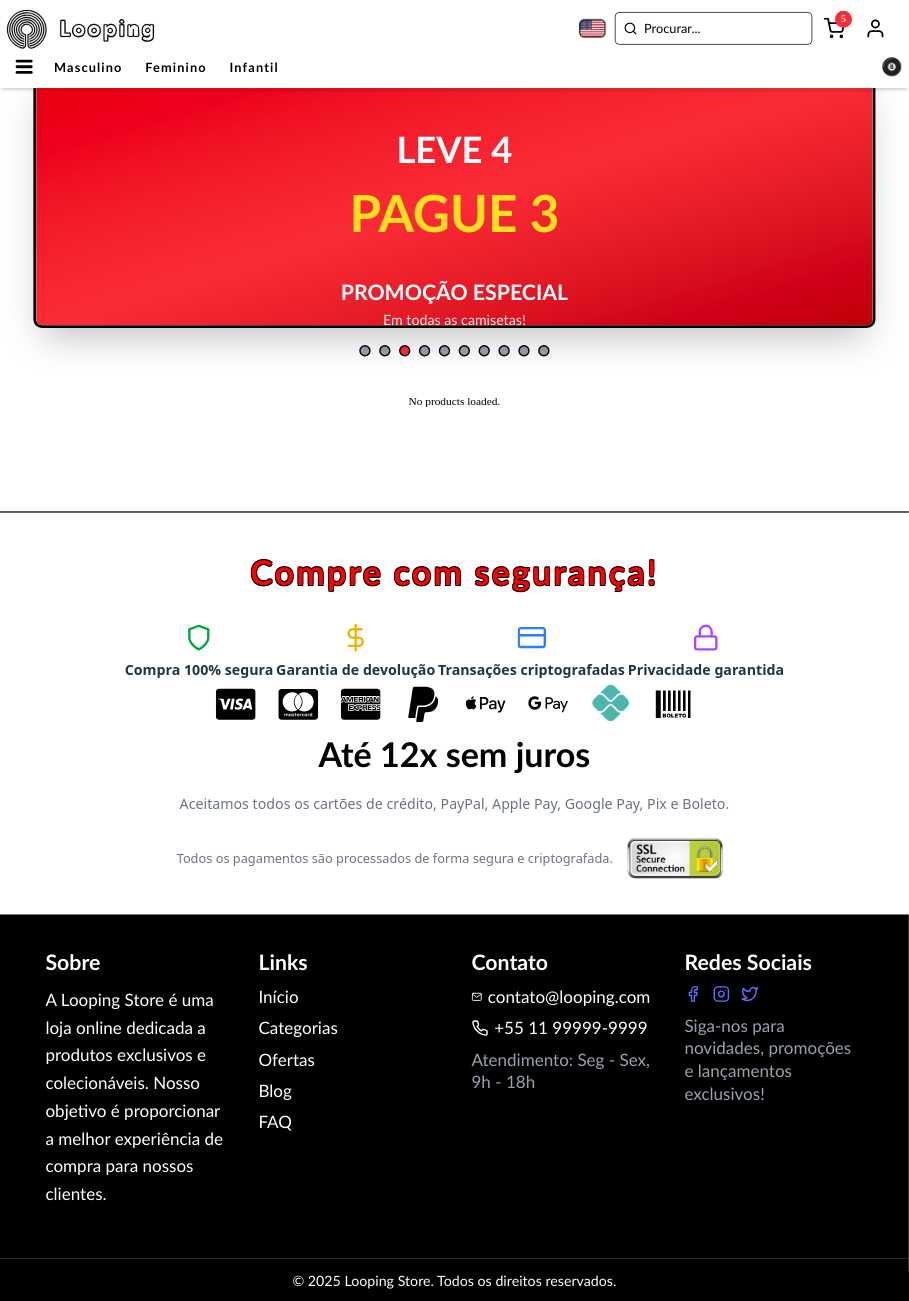
Repository: Kevin-Pro-Codes/looping-e-commerce
Page: / (app in looping-client/), after clicking the first element matching `div.justify-center > :nth-child(3)`
These files come from the project's save history. The page is drawn as it stood at one moment and after the next save; the edit follows.
The browser window is 1280 px wide. The pictures show the whole page, at 71% of full size.
The page's requests for data from a server got no answer. The project was rebuilt for these pictures with package versions that can differ from the ones it lists, and the page was loaded fresh each time. No one was signed in, and anything a server would have sent is missing. Also part of the build but not shown: looping-client/vite.config.js, looping-client/src/components/profile/SharedComponents.jsx, looping-client/src/components/profile/ProfileTab.jsx, looping-client/src/components/profile/AddressesTab.jsx, looping-client/src/components/profile/OrdersTab.jsx, looping-client/src/components/profile/WishlistTab.jsx, looping-client/src/components/profile/CartTab.jsx, looping-client/src/components/profile/CouponsTab.jsx and 22 more.

Above is the page before, as saved 2025-11-08 14:11:23.

After the next save:
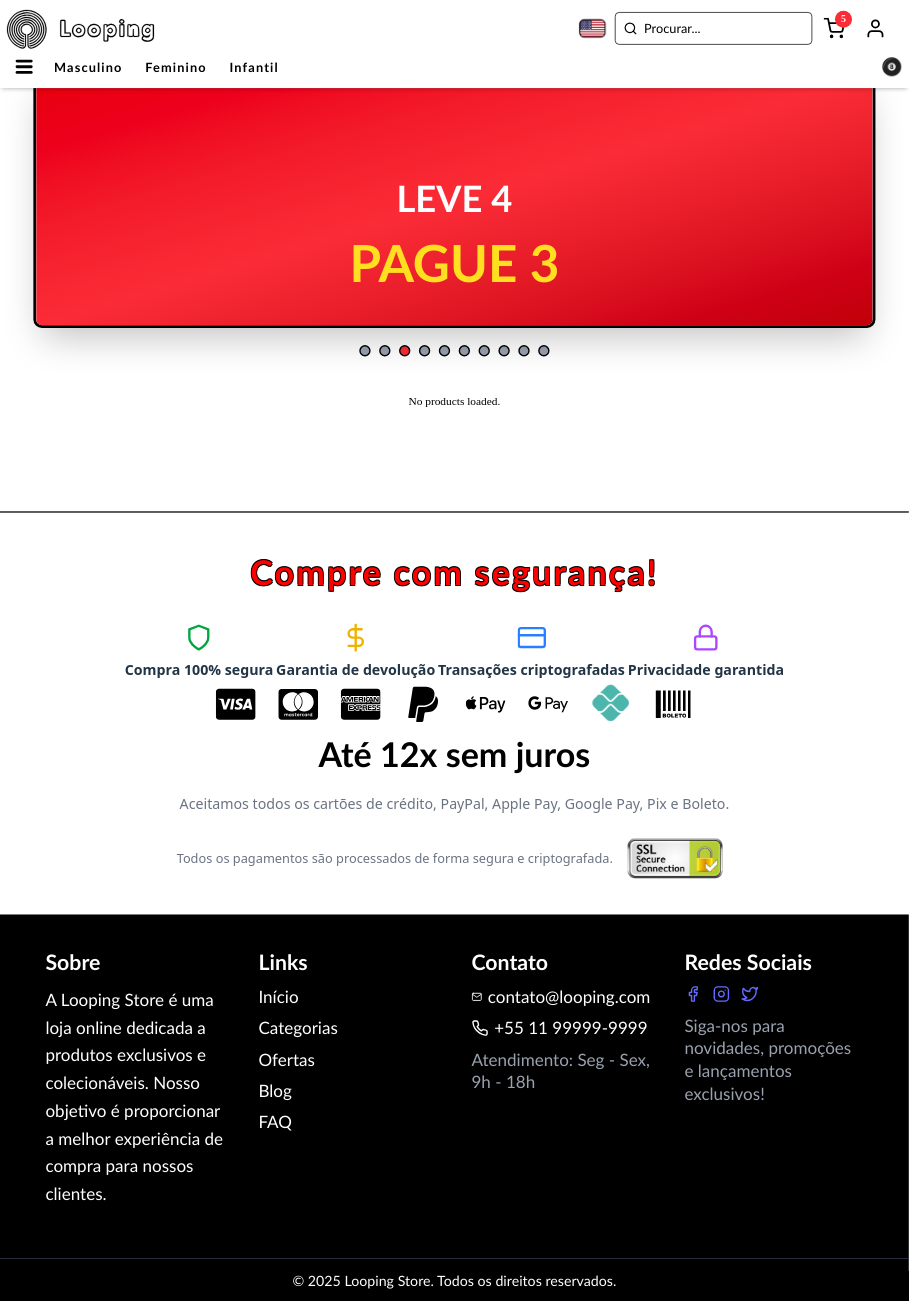
Saved 6 s later.
--- a/looping-client/src/components/Home.jsx
+++ b/looping-client/src/components/Home.jsx
@@ -149,7 +149,7 @@ function App() {
             {/* Banner Content */}
             {currentBanner === 2 ? ( // "Leve 4 Pague 3" Promo Banner - CALIBRI
               <div className="absolute inset-0 w-full h-full bg-gradient-to-br from-red-600 via-red-500 to-red-700 flex items-center justify-center">
-                <div className="relative flex flex-col items-center justify-center w-full h-full p-4 sm:p-6 md:p-8 mt-20">
+                <div className="relative flex flex-col items-center justify-center w-full h-full p-4 sm:p-6 md:p-8 mt-55">
                   {/* Main Promo Text */}
                   <div className="text-center mb-4 sm:mb-6 md:mb-8">
                     <h1 className="text-4xl sm:text-5xl md:text-6xl lg:text-7xl xl:text-8xl font-black text-white mb-2 sm:mb-3 md:mb-4 leading-tight" style={{ fontFamily: 'Calibri, sans-serif' }}>
